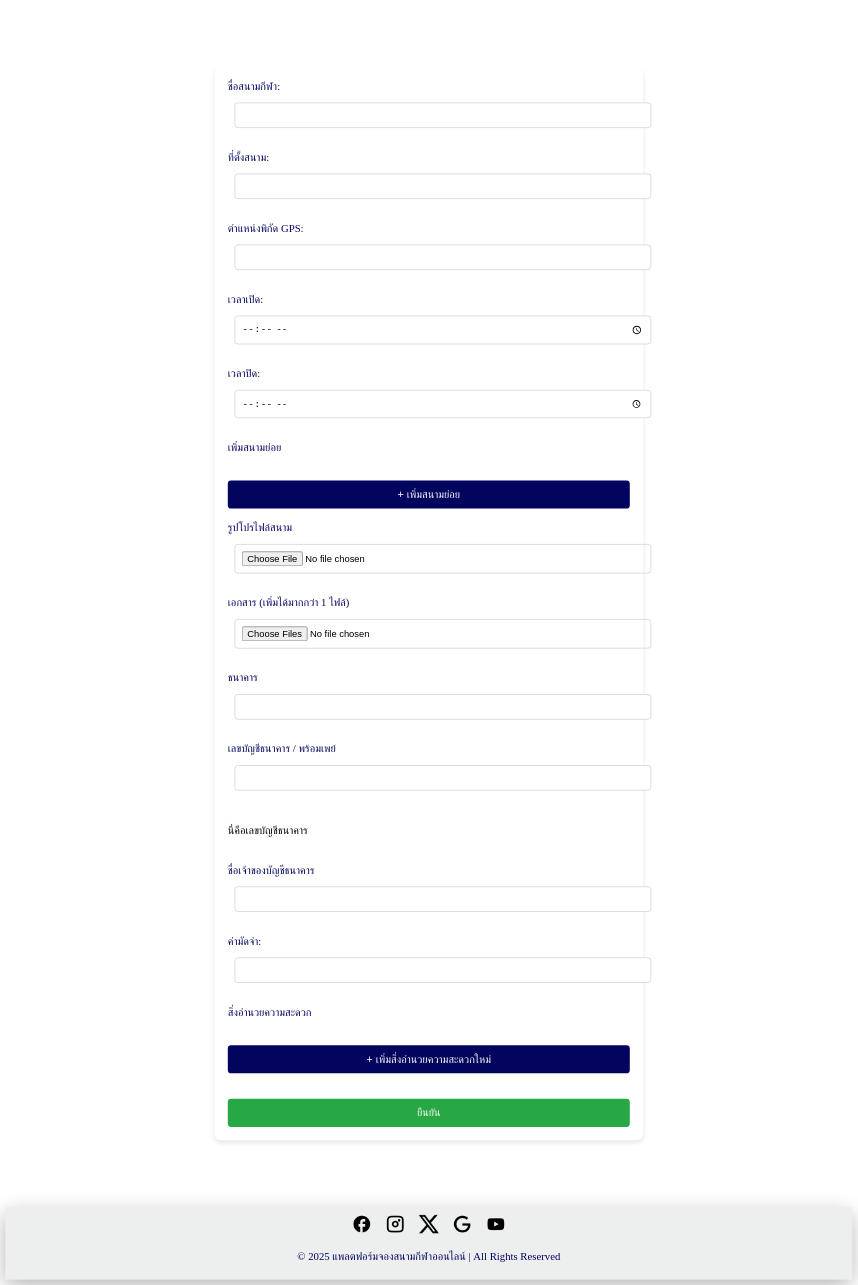
Repository: narawit101/project2
Page: /register-field (app in frontend/)
These files come from the project's save history. The page is drawn as it stood at one moment and after the next save; the edit follows.
The browser window is 1280 px wide. The pictures show the whole page, at 67% of full size.
The page's requests for data from a server got no answer. The project was rebuilt for these pictures with package versions that can differ from the ones it lists, and the page was loaded fresh each time. The framework's server and built-in components were replaced by stand-ins that run in the browser. No one was signed in, and anything a server would have sent is missing. Also part of the build but not shown: frontend/next.config.js, frontend/next.config.mjs, frontend/src/app/globals.css.

Above is the page before, as saved 2025-03-19 11:50:26.

After the next save:
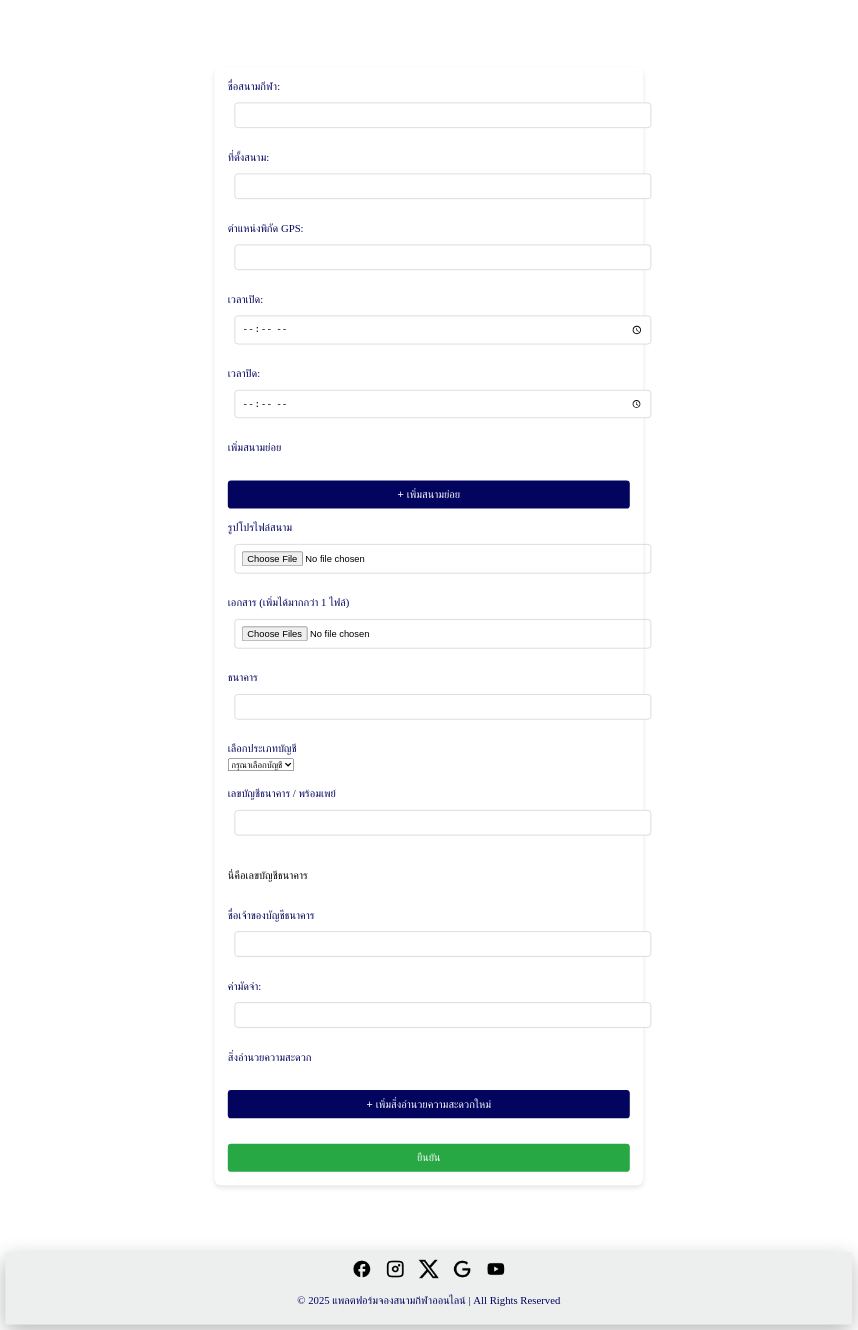
Saved 29 s later.
--- a/frontend/src/app/components/RegisterFieldForm.jsx
+++ b/frontend/src/app/components/RegisterFieldForm.jsx
@@ -415,43 +415,64 @@ export default function RegisterFieldForm() {
           />
         </div>
         <div className="input-group">
-          <label htmlFor="bank">เลขบัญชีธนาคาร / พร้อมเพย์</label>
-          <input
-            type="number"
-            name="number_bank"
-            value={fieldData.number_bank}
-            onChange={(e) => {
-              const value = e.target.value;
-
-              // ✅ อนุญาตเฉพาะตัวเลข
-              if (/^\d*$/.test(value)) {
-                setFieldData({ ...fieldData, number_bank: value });
-              }
-            }}
-            onBlur={() => {
-              const isPromptPay = fieldData.name_bank === "พร้อมเพย์";
-              const length = fieldData.number_bank.length;
-
-              // ✅ ตรวจสอบความถูกต้องของเลขที่กรอก
-              if (
-                (!isPromptPay && length !== 12) || // ✅ ถ้าเป็นบัญชีธนาคารต้อง 13 หลัก
-                (isPromptPay && length !== 10 && length !== 13) // ✅ ถ้าเป็นพร้อมเพย์ต้อง 10 หรือ 13 หลัก
-              ) {
-                alert("เลขที่กรอกไม่ถูกต้อง กรุณากรอกให้ตรงกับเงื่อนไข");
-                setFieldData({ ...fieldData, number_bank: "" }); // ❌ เคลียร์ค่า
-              }
-            }}
-            maxLength={13} // ✅ จำกัดสูงสุดที่ 13 หลัก
-          />
-        </div>
-        <div className="input-group">
-          <p>
-            {" "}
-            {fieldData.name_bank === "พร้อมเพย์"
-              ? "นี่คือหมายเลขพร้อมเพย์"
-              : "นี่คือเลขบัญชีธนาคาร"}
-          </p>
-        </div>
+  <label htmlFor="bank">เลือกประเภทบัญชี</label>
+  <select
+    name="name_bank"
+    value={fieldData.name_bank}
+    onChange={handleFieldChange}
+  >
+    <option value="">กรุณาเลือกบัญชี</option>
+    <option value="ธนาคาร">ธนาคาร</option>
+    <option value="พร้อมเพย์">พร้อมเพย์</option>
+  </select>
+</div>
+
+<div className="input-group">
+  <label htmlFor="bank">เลขบัญชีธนาคาร / พร้อมเพย์</label>
+  <input
+    type="number"
+    name="number_bank"
+    value={fieldData.number_bank}
+    onChange={(e) => {
+      const value = e.target.value;
+      const isPromptPay = fieldData.name_bank === "พร้อมเพย์";
+
+      // ✅ อนุญาตเฉพาะตัวเลข
+      if (/^\d*$/.test(value)) {
+        // ✅ ตรวจสอบจำนวนหลัก
+        if (
+          (isPromptPay && value.length <= 13) || // พร้อมเพย์ 10 หรือ 13 หลัก
+          (!isPromptPay && value.length <= 12) // ธนาคาร 12 หลัก
+        ) {
+          setFieldData({ ...fieldData, number_bank: value });
+        }
+      }
+    }}
+    onBlur={() => {
+      const isPromptPay = fieldData.name_bank === "พร้อมเพย์";
+      const length = fieldData.number_bank.length;
+
+      // ✅ ตรวจสอบความถูกต้องของเลขที่กรอก
+      if (
+        (!isPromptPay && length !== 12) || // ถ้าเป็นบัญชีธนาคารต้อง 12 หลัก
+        (isPromptPay && length !== 10 && length !== 13) // ถ้าเป็นพร้อมเพย์ต้อง 10 หรือ 13 หลัก
+      ) {
+        setMessage("เลขที่กรอกไม่ถูกต้อง กรุณากรอกให้ตรงกับเงื่อนไข");
+        setFieldData({ ...fieldData, number_bank: "" }); // เคลียร์ค่า
+      }
+    }}
+    maxLength={13} // ✅ จำกัดสูงสุดที่ 13 หลัก
+  />
+</div>
+
+<div className="input-group">
+  <p>
+    {fieldData.name_bank === "พร้อมเพย์"
+      ? "นี่คือหมายเลขพร้อมเพย์"
+      : "นี่คือเลขบัญชีธนาคาร"}
+  </p>
+</div>
+
         <div className="input-group">
           <label htmlFor="bank">ชื่อเจ้าของบัญชีธนาคาร</label>
           <input
